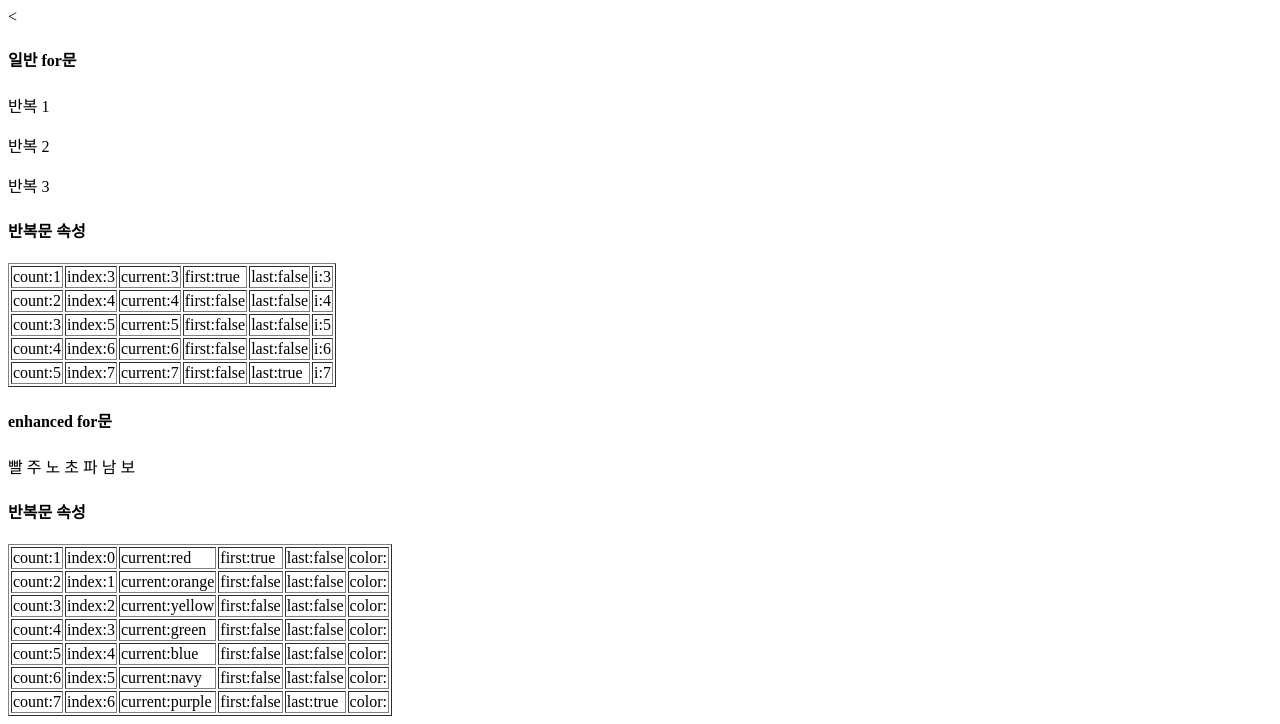
Repository: hyojinx/JspStudy
Page: http://localhost/jspstudy/11JSTL/ForEach.jsp
The author's editor kept a copy of each file at every save. The page is drawn from the files as they stood at one save, then again after the next save.
The browser window is 1280 px wide. The pictures show the whole page.
The page is served by Tomcat 9. Other server files are loaded and not shown.

Above is the page before, as saved 2023-04-10 04:03:16.

### jspstudy/src/main/webapp/11JSTL/ForEach.jsp
<%@ page language="java" contentType="text/html; charset=UTF-8"
    pageEncoding="UTF-8"%>
<%@ page import="java.util.*" %>
<%@ page import="common.Person" %>
<%@ taglib prefix="c" uri = "http://java.sun.com/jsp/jstl/core"%>
<!DOCTYPE html>
<html>
<head>
<meta charset="UTF-8">
<title>JSTL core foreach</title>
</head>
<body>
	<<h4>일반 for문</h4>
	<c:forEach var="i" begin="1" end="3" step="1">
		<p>반복 ${i}</p>
	</c:forEach>

	<h4>반복문 속성</h4>
	<table border="1">
	<c:forEach begin="3" end="7" var="i" varStatus="loop">
		<tr>
			<td>count:${loop.count}</td>	<!-- 반복순서 -->
			<td>index:${loop.index}</td>
			<td>current:${loop.current}</td>
			<td>first:${loop.first}</td>
			<td>last:${loop.last}</td>
			<td>i:${i}</td>
		</tr>
	</c:forEach>
	</table>

	<h4>enhanced for문</h4>
	<%
		String[] rainbow={"빨","주","노","초","파","남","보"};
	%>
	<c:forEach items="<%=rainbow%>" var="color">
		<span>${color}</span>
	</c:forEach>
	<%
		String[] rainbow2={"red","orange","yellow","green","blue","navy","purple"};
	%>
	<h4>반복문 속성</h4>
	<table border="1">
	<c:forEach items="<%=rainbow2%>" var="color" varStatus="loop">
		<tr>
			<td>count:${loop.count}</td>	<!-- 반복순서 -->
			<td>index:${loop.index}</td>
			<td>current:${loop.current}</td>
			<td>first:${loop.first}</td>
			<td>last:${loop.last}</td>
			<td>color:${i}</td>
		</tr>
	</c:forEach>
	</table>
</body>
</html>

After the next save:
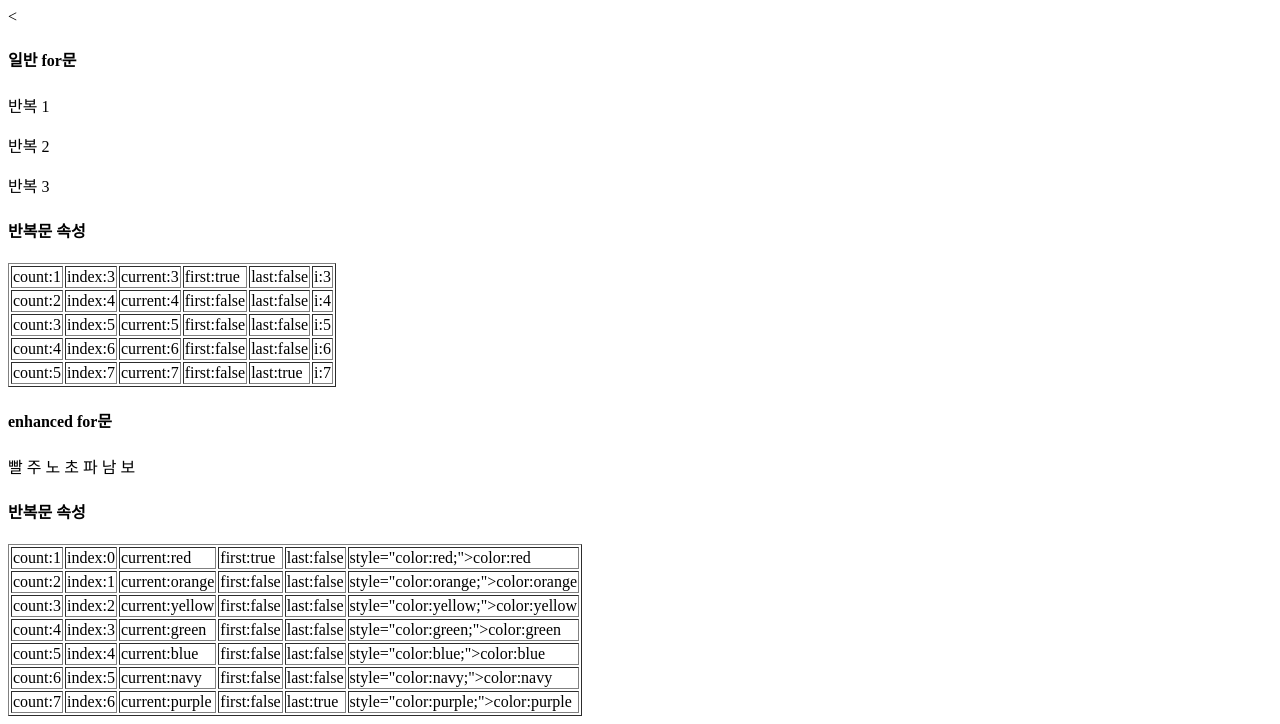
Saved 90 s later.
--- a/jspstudy/src/main/webapp/11JSTL/ForEach.jsp
+++ b/jspstudy/src/main/webapp/11JSTL/ForEach.jsp
@@ -48,7 +48,7 @@
 			<td>current:${loop.current}</td>
 			<td>first:${loop.first}</td>
 			<td>last:${loop.last}</td>
-			<td>color:${i}</td>
+			<td>style="color:${color};">color:${color }</td>
 		</tr>
 	</c:forEach>
 	</table>
